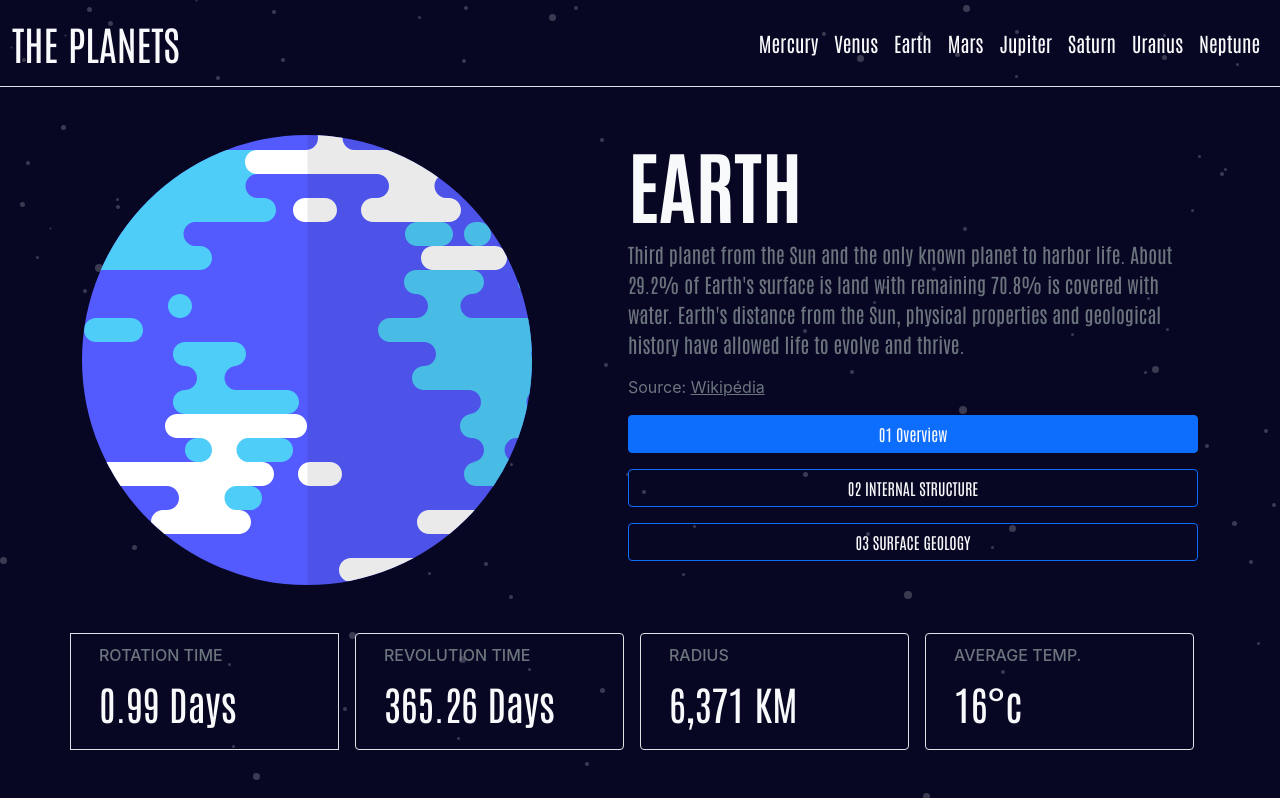
Repository: andre06x/the-planets
Page: /
These files come from the project's save history. The page is drawn as it stood at one moment and after the next save; the edit follows.
The browser window is 1280 px wide. The pictures show the whole page.
The project was rebuilt for these pictures with package versions that can differ from the ones it lists, and the page was loaded fresh each time.

Above is the page before, as saved 2021-10-18 23:05:57.

After the next save:
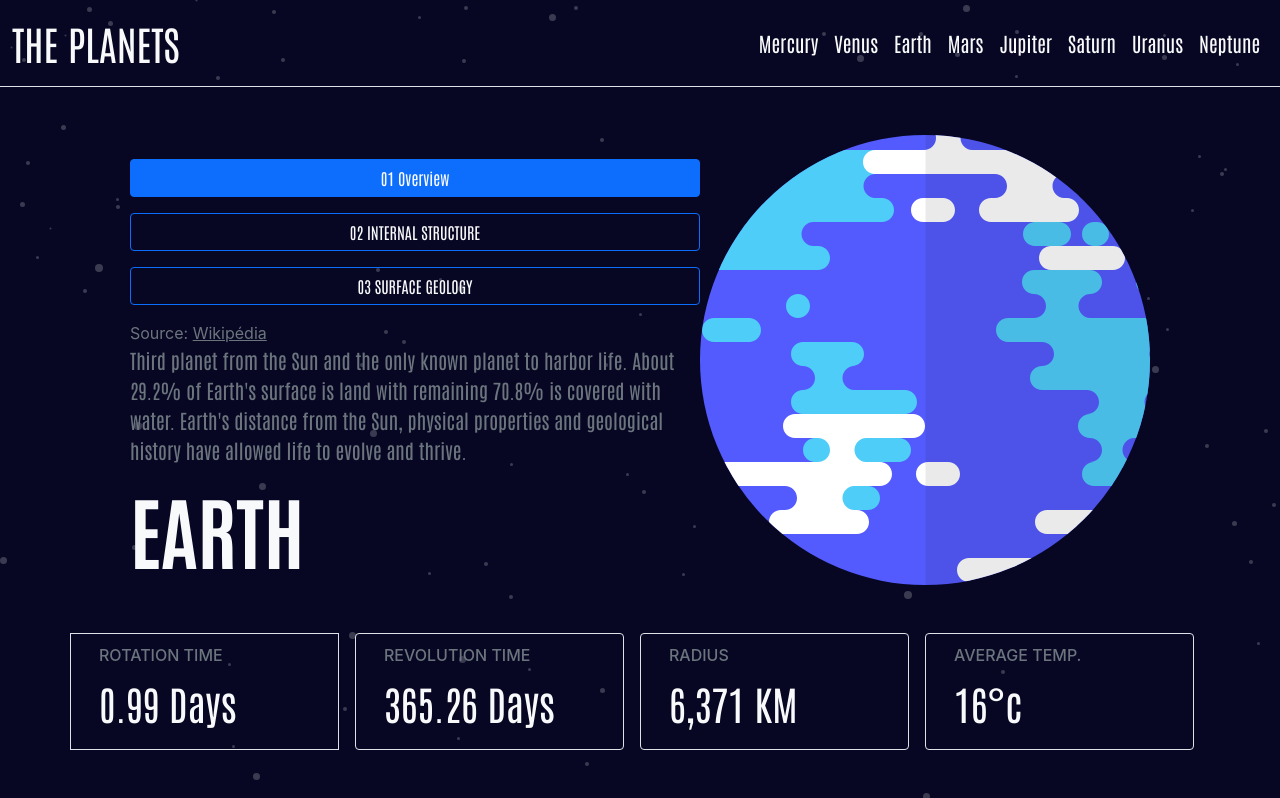
Saved 29 s later.
--- a/src/components/Container.js
+++ b/src/components/Container.js
@@ -40,14 +40,15 @@
   useEffect(() => {
    setDataPlanet(data.filter(d => d.name === planet)[0]);
   }, []);
+
   return (
-    <div className="container mt-5">
+    <div className="container mt-5 flex-sm-column-reverse">
       <div className="d-flex flex-column">
-        <div className="d-flex justify-content-between">
+        <div className="d-flex flex-sm-row-reverse justify-content-between">
           <div className="me-5">
             <img src={imagee}alt="" />
           </div>
-          <div className="ms-md-5">
+          <div className="ms-md-5 d-flex flex-sm-column-reverse">
             <h1 className="display-1 text-light font-antonio fw-bold">EARTH</h1>
             <p className="lead text-muted font-antonio">
               {text.content}
@@ -104,7 +105,7 @@
           <div class="card-body">
             <h6 class="card-subtitle mb-2 text-muted">
               AVERAGE TEMP.
-              </h6>
+            </h6>
             <p class="card-text text-light font-antonio fs-1">
               {dataPlanet.temperature}
             </p>

After the save that followed:
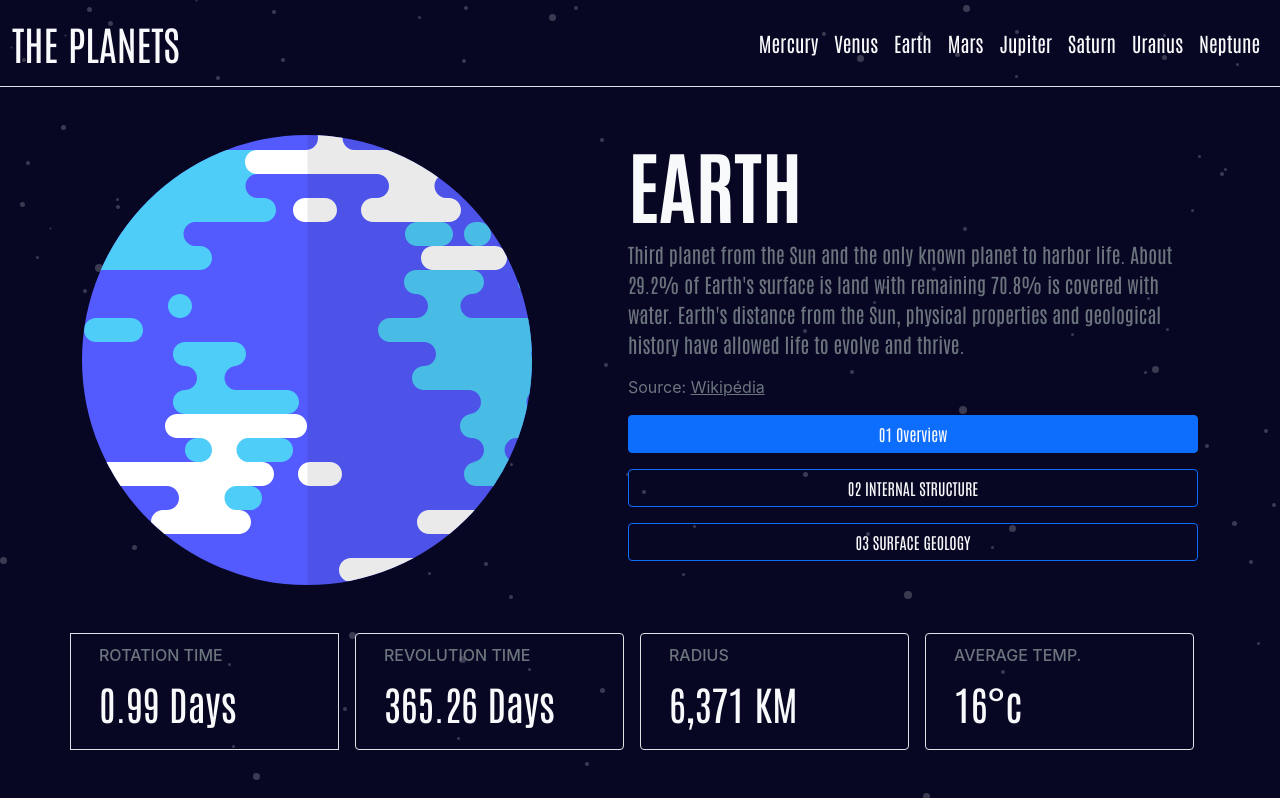
Saved 14 s later.
--- a/src/components/Container.js
+++ b/src/components/Container.js
@@ -40,15 +40,14 @@
   useEffect(() => {
    setDataPlanet(data.filter(d => d.name === planet)[0]);
   }, []);
-
   return (
-    <div className="container mt-5 flex-sm-column-reverse">
+    <div className="container mt-5">
       <div className="d-flex flex-column">
-        <div className="d-flex flex-sm-row-reverse justify-content-between">
+        <div className="d-flex justify-content-between">
           <div className="me-5">
             <img src={imagee}alt="" />
           </div>
-          <div className="ms-md-5 d-flex flex-sm-column-reverse">
+          <div className="ms-md-5">
             <h1 className="display-1 text-light font-antonio fw-bold">EARTH</h1>
             <p className="lead text-muted font-antonio">
               {text.content}
